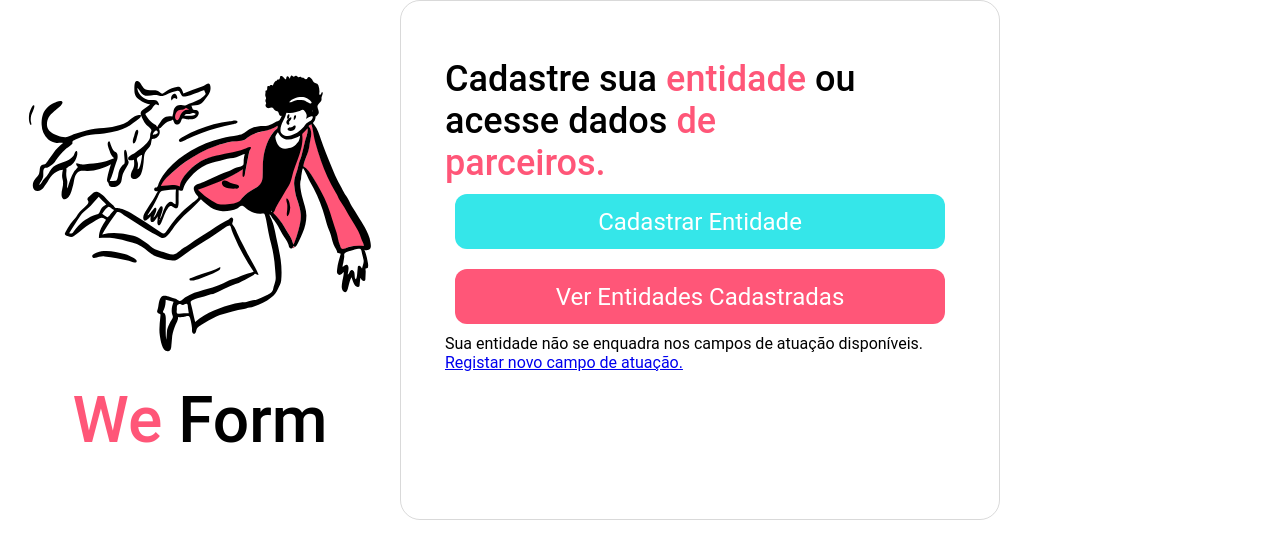
Repository: guilhermecardoso93/we-form
Page: index.html
An editor plug-in stored every save of this project. The page is shown before and after the next save, followed by the edit.
The browser window is 1280 px wide. The pictures show the whole page.

Above is the page before, as saved 2024-06-09 17:33:20.

### index.html
<!DOCTYPE html>
<html lang="pt-BR">

<head>
    <meta charset="UTF-8">
    <meta name="viewport" content="width=device-width, initial-scale=1.0">
    <link rel="stylesheet" href="./styles.css">
    <title>We Form</title>
</head>

<body>
    <div class="content">

        <aside>
            <img src="./assets/hero.svg" alt="Ilustração mulher com cachorro" />
            <h1>
                <span>We</span> Form
            </h1>
        </aside>

        <main>
            <h2>Cadastre sua <span>entidade</span> ou acesse dados <span>de parceiros.</span></h2>
            <div class="buttons">
                <button>
                <a href="http://">Cadastrar Entidade</a>
            </button>
                <button>
                <a href="http://">Ver Entidades Cadastradas</a>
            </button>
            </div>
            <div class="rodape">
                <p>Sua entidade não se enquadra nos campos de atuação disponíveis.</p>
                <a href="http://">Registar novo campo de atuação.</a>
            </div>
        </main>
    </div>
</body>

</html>

### styles.css
* {
  padding: 0;
  margin: 0;
  box-sizing: border-box;
  font-family: Roboto, sans-serif;
}

:root {
  font-size: 62.5%;
}

body {
  margin: auto;
  font-size: 1.6rem;
}

.content {
  display: flex;
}

aside {
  display: flex;
  flex-direction: column;
  align-items: center;
  justify-content: center;
  gap: 2rem;
}

aside h1 {
  font-size: 6.4rem;
  font-weight: 500;
  line-height: 75px;
}

aside h1>span, main h2>span {
  color: #FF5678;
}

aside img {
  width: 40rem;
}


main {
  width: 60rem;
  height: 52rem;
  border: 1px solid rgba(0, 0, 0, 0.15);
  border-radius: 20px;
  padding: 5.7rem 4.4rem;
}

main h2 {
  max-width: 43rem;
  font-size: 3.6rem;
  font-weight: 500;
}

.buttons {
  display: flex;
  flex-direction: column;
  justify-content: center;
  gap: 2rem;
  text-decoration: none;
  margin: 1rem;
}


.buttons button {
  background-color: #35e6e9;
  height: 5.5rem;
  border: none;
  border-radius: 12px;
}

.buttons button:hover {
  opacity: 0.5;
}

.buttons button a {
  text-decoration: none;
  color: #fff;
  font-size: 2.4rem;
}

.buttons button+button {
  background-color: #FF5678;
}

.rodape p {
  font-size:1.6rem;
  text-decoration: none;
}

After the next save:
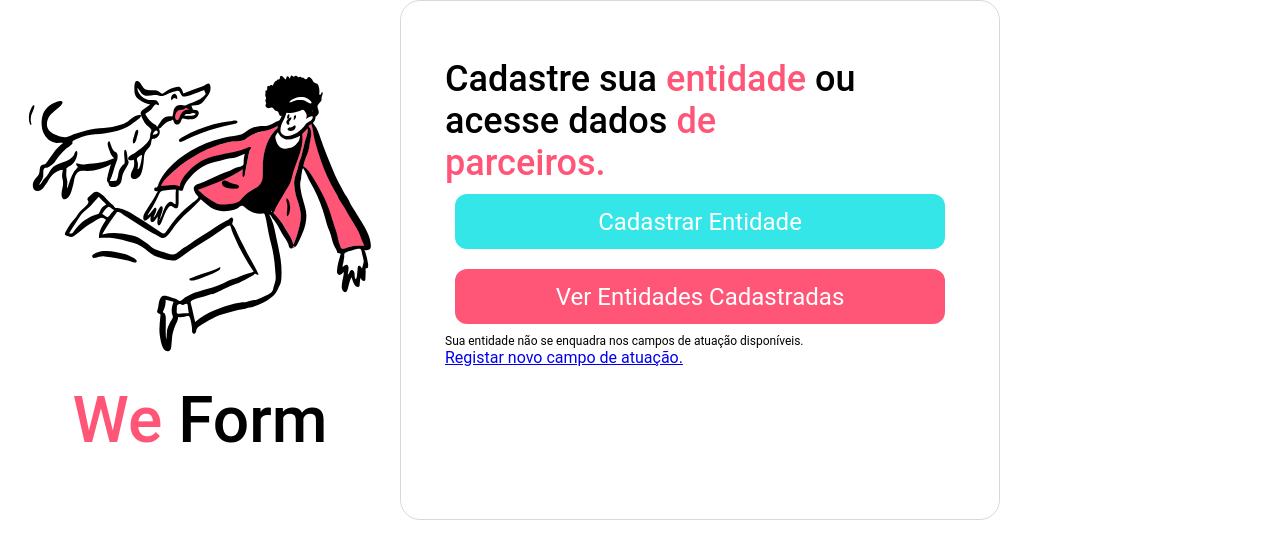
Saved 6 s later.
--- a/styles.css
+++ b/styles.css
@@ -90,3 +90,8 @@ main h2 {
   font-size:1.6rem;
   text-decoration: none;
 }
+
+.rodape p {
+  font-size:1.2rem;
+  text-decoration: none;
+}
